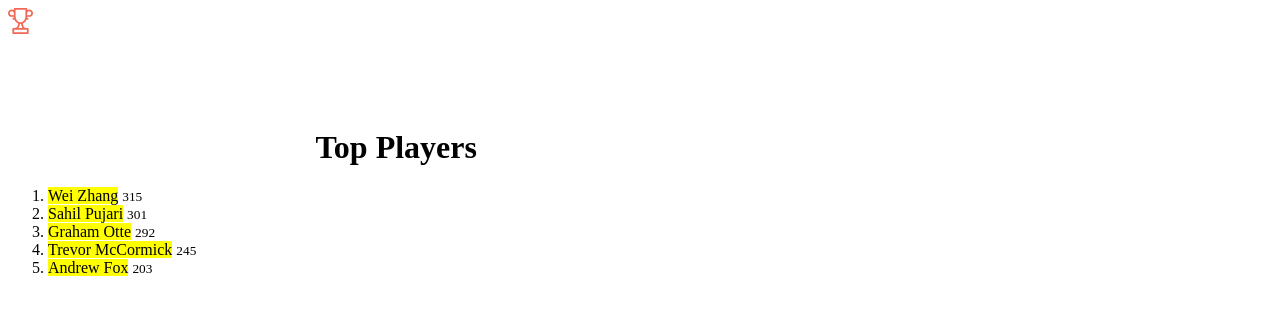
Repository: pujarisahil/Shinsa
Page: http://localhost/leaderboard
The author's editor kept a record of every edit. The page is drawn from the files as they stood at one moment, then again after the next edit.
The browser window is 1280 px wide. The pictures show the whole page.
The page is served by the project's Node server (app.js).

Above is the page before.

### updated webapp/views/leaderboard.ejs
<div class="leaderboard">
  <h1>
    <svg class="ico-cup">
      <use xlink:href="#cup"></use>
    </svg>
    Top Players
  </h1>
  <ol>
    <li>
      <mark>Wei Zhang</mark>
      <small>315</small>
    </li>
    <li>
      <mark>Sahil Pujari</mark>
      <small>301</small>
    </li>
    <li>
      <mark>Graham Otte</mark>
      <small>292</small>
    </li>
    <li>
      <mark>Trevor McCormick</mark>
      <small>245</small>
    </li>
    <li>
      <mark>Andrew Fox</mark>
      <small>203</small>
    </li>
  </ol>
</div>


<svg style="display: none;">
  <symbol id="cup" x="0px" y="0px"
	 width="25px" height="26px" viewBox="0 0 25 26" enable-background="new 0 0 25 26" xml:space="preserve">
<path fill="#F26856" d="M21.215,1.428c-0.744,0-1.438,0.213-2.024,0.579V0.865c0-0.478-0.394-0.865-0.88-0.865H6.69
	C6.204,0,5.81,0.387,5.81,0.865v1.142C5.224,1.641,4.53,1.428,3.785,1.428C1.698,1.428,0,3.097,0,5.148
	C0,7.2,1.698,8.869,3.785,8.869h1.453c0.315,0,0.572,0.252,0.572,0.562c0,0.311-0.257,0.563-0.572,0.563
	c-0.486,0-0.88,0.388-0.88,0.865c0,0.478,0.395,0.865,0.88,0.865c0.421,0,0.816-0.111,1.158-0.303
	c0.318,0.865,0.761,1.647,1.318,2.31c0.686,0.814,1.515,1.425,2.433,1.808c-0.04,0.487-0.154,1.349-0.481,2.191
	c-0.591,1.519-1.564,2.257-2.975,2.257H5.238c-0.486,0-0.88,0.388-0.88,0.865v4.283c0,0.478,0.395,0.865,0.88,0.865h14.525
	c0.485,0,0.88-0.388,0.88-0.865v-4.283c0-0.478-0.395-0.865-0.88-0.865h-1.452c-1.411,0-2.385-0.738-2.975-2.257
	c-0.328-0.843-0.441-1.704-0.482-2.191c0.918-0.383,1.748-0.993,2.434-1.808c0.557-0.663,1-1.445,1.318-2.31
	c0.342,0.192,0.736,0.303,1.157,0.303c0.486,0,0.88-0.387,0.88-0.865c0-0.478-0.394-0.865-0.88-0.865
	c-0.315,0-0.572-0.252-0.572-0.563c0-0.31,0.257-0.562,0.572-0.562h1.452C23.303,8.869,25,7.2,25,5.148
	C25,3.097,23.303,1.428,21.215,1.428z M5.238,7.138H3.785c-1.116,0-2.024-0.893-2.024-1.99c0-1.097,0.908-1.99,2.024-1.99
	c1.117,0,2.025,0.893,2.025,1.99v2.06C5.627,7.163,5.435,7.138,5.238,7.138z M18.883,21.717v2.553H6.118v-2.553H18.883
	L18.883,21.717z M13.673,18.301c0.248,0.65,0.566,1.214,0.947,1.686h-4.24c0.381-0.472,0.699-1.035,0.947-1.686
	c0.33-0.865,0.479-1.723,0.545-2.327c0.207,0.021,0.416,0.033,0.627,0.033c0.211,0,0.42-0.013,0.627-0.033
	C13.195,16.578,13.344,17.436,13.673,18.301z M12.5,14.276c-2.856,0-4.93-2.638-4.93-6.273V1.73h9.859v6.273
	C17.43,11.638,15.357,14.276,12.5,14.276z M21.215,7.138h-1.452c-0.197,0-0.39,0.024-0.572,0.07v-2.06
	c0-1.097,0.908-1.99,2.024-1.99c1.117,0,2.025,0.893,2.025,1.99C23.241,6.246,22.333,7.138,21.215,7.138z"/>
      </symbol>
</svg>

### updated webapp/app.js
var express = require("express");
var app = express();

app.set("view engine", "ejs");

app.get("/", function(req, res) {
    res.render("landing");
});

app.get("/register", function(req, res) {
  res.render("register");
});

app.post("/register", function(req, res){
    res.send("Congratulations, you played yourself");
});

app.post("/login", function(req, res){
    res.send("Congratulations, you played yourself");
});

app.get("/auth/facebook", function(req, res){
  res.render("profile");
});

app.get("/login", function(req, res) {
  res.render("login");
});

app.get("/profile", function(req, res) {
  res.render("profile");
});

app.get("/edit-profile", function(req, res) {
  res.render("editProfile");
});

app.get("/leaderboard", function(req, res) {
  res.render("leaderboard");
});

app.listen(process.env.PORT, process.env.IP, function() {
    console.log("It has started bro");
});

After the next edit:
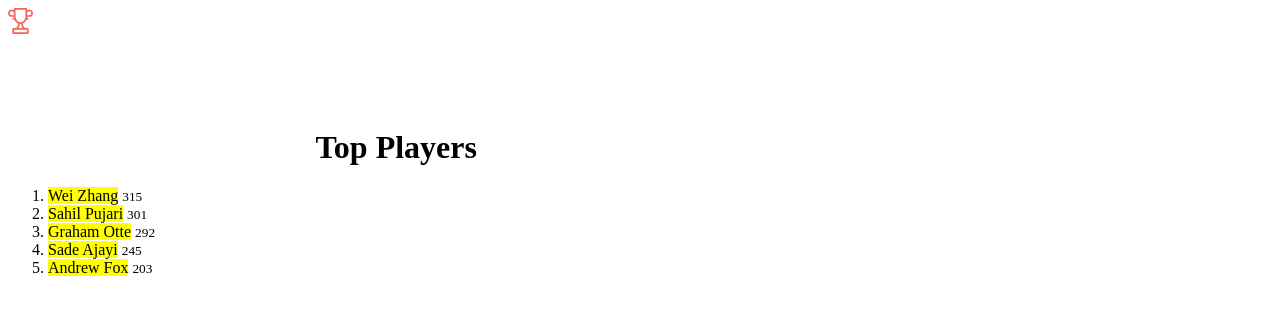
The edit:
--- a/updated webapp/views/leaderboard.ejs
+++ b/updated webapp/views/leaderboard.ejs
@@ -19,7 +19,7 @@
       <small>292</small>
     </li>
     <li>
-      <mark>Trevor McCormick</mark>
+      <mark>Sade Ajayi</mark>
       <small>245</small>
     </li>
     <li>
